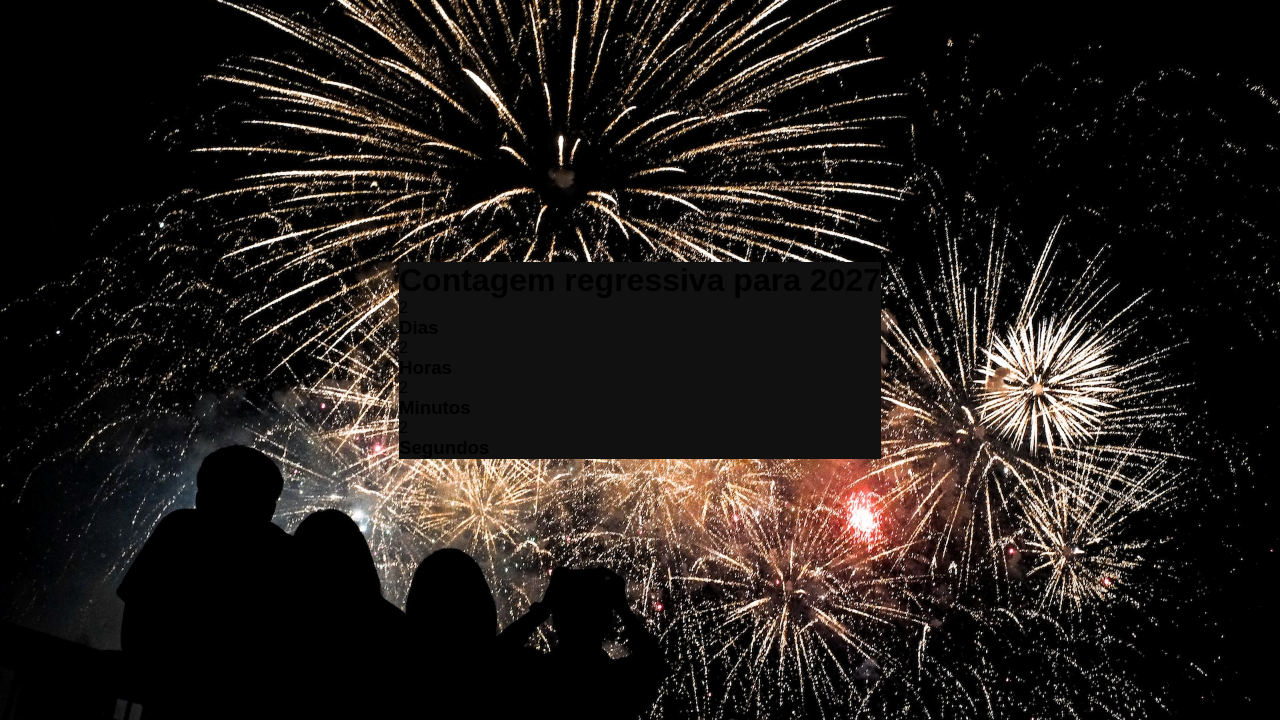
Repository: Bitroia/countdown_timer
Page: / (app in countdown/)
The author's editor kept a copy of each file at every save. The page is drawn from the files as they stood at one save, then again after the next save.
The browser window is 1280 px wide. The pictures show the whole page.
The project was rebuilt for these pictures with package versions that can differ from the ones it lists, and the page was loaded fresh each time. Also part of the build but not shown: countdown/vite.config.js.

Above is the page before, as saved 2026-07-07 19:04:55.

### countdown/index.html
<!doctype html>
<html lang="en">
  <head>
    <meta charset="UTF-8" />
    <link rel="icon" type="image/svg+xml" href="/favicon.svg" />
    <meta name="viewport" content="width=device-width, initial-scale=1.0" />
    <title>countdown</title>
  </head>
  <body>
    <div id="root"></div>
    <script type="module" src="/src/main.jsx"></script>
  </body>
</html>

### countdown/src/index.css
* {
  margin: 0;
  padding: 0;
  font-family: Arial, Helvetica, sans-serif;
  background-color: #111;
}

body {
  min-height: 100vh;
}

### countdown/src/App.jsx
import "./App.css";
import Title from "./components/Title";
import Counter from "./components/Counter";
import NewYear from "./assets/newyear.jpg";

function App() {
  return (

    <div className="app" style={{ backgroundImage: `url(${NewYear})` }}>
      <div className="container">
        <Title title="Contagem regressiva para 2027" />
        <div className="countdown-container">
          <Counter title="Dias" number={2} />
          <Counter title="Horas" number={2} />
          <Counter title="Minutos" number={2} />
          <Counter title="Segundos" number={2} />
        </div>
      </div>
    </div>
  );
}

export default App;

### countdown/src/App.css
.app {
  min-height: 100vh;
  background-size: cover;
  background-position: center;
  display: flex;
  justify-content: center;
  align-items: center;
}

.container{
    min-width: n
}

### countdown/src/components/Title.jsx
import React from 'react'

const Title = ({title}) => {
  return (
    <h1>{title}</h1>
  )
}

export default Title

### countdown/src/components/Counter.jsx
import React from "react";

const Counter = ({ title, number }) => {
  return (
    <div className="counter">
      <p className="counter-number">{number}</p>
      <h3 className="counter-text">{title}</h3>
    </div>
  );
};

export default Counter;

Loaded but not shown: countdown/src/main.jsx (common file)

After the next save:
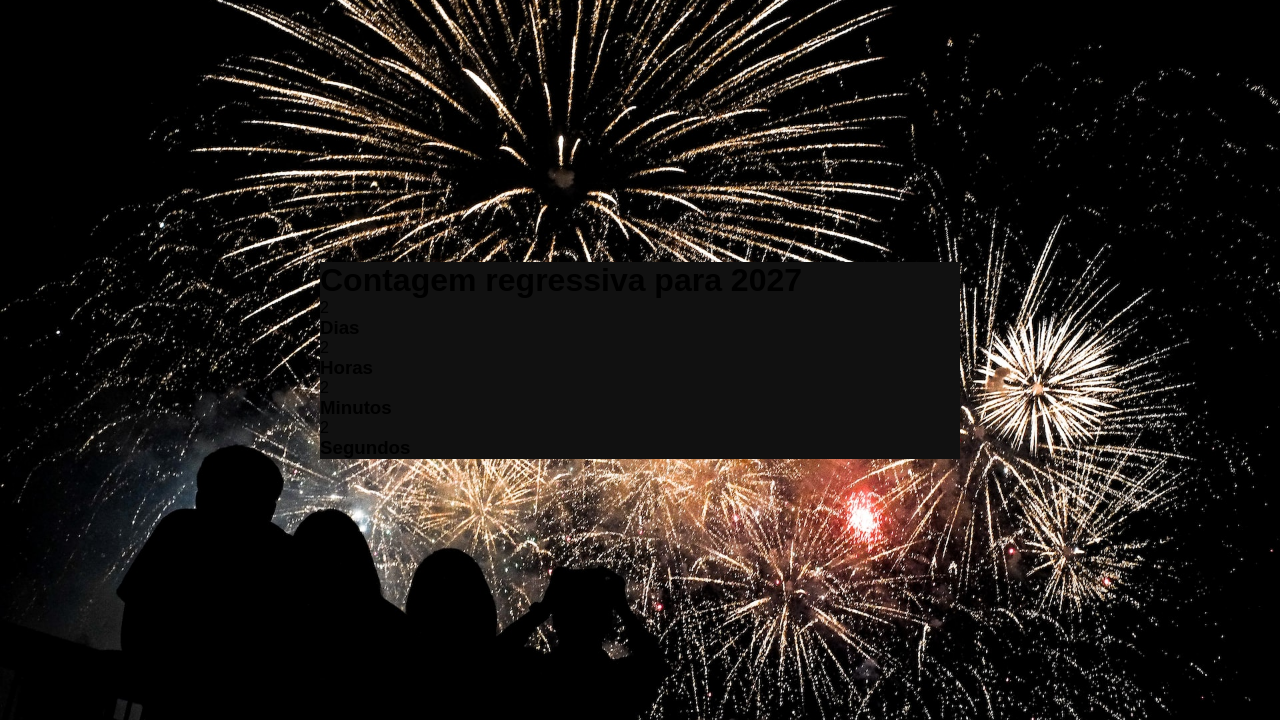
Saved 4 s later.
--- a/countdown/src/App.css
+++ b/countdown/src/App.css
@@ -8,5 +8,5 @@
 }
 
 .container{
-    min-width: n
+    min-width: 50%
 }
